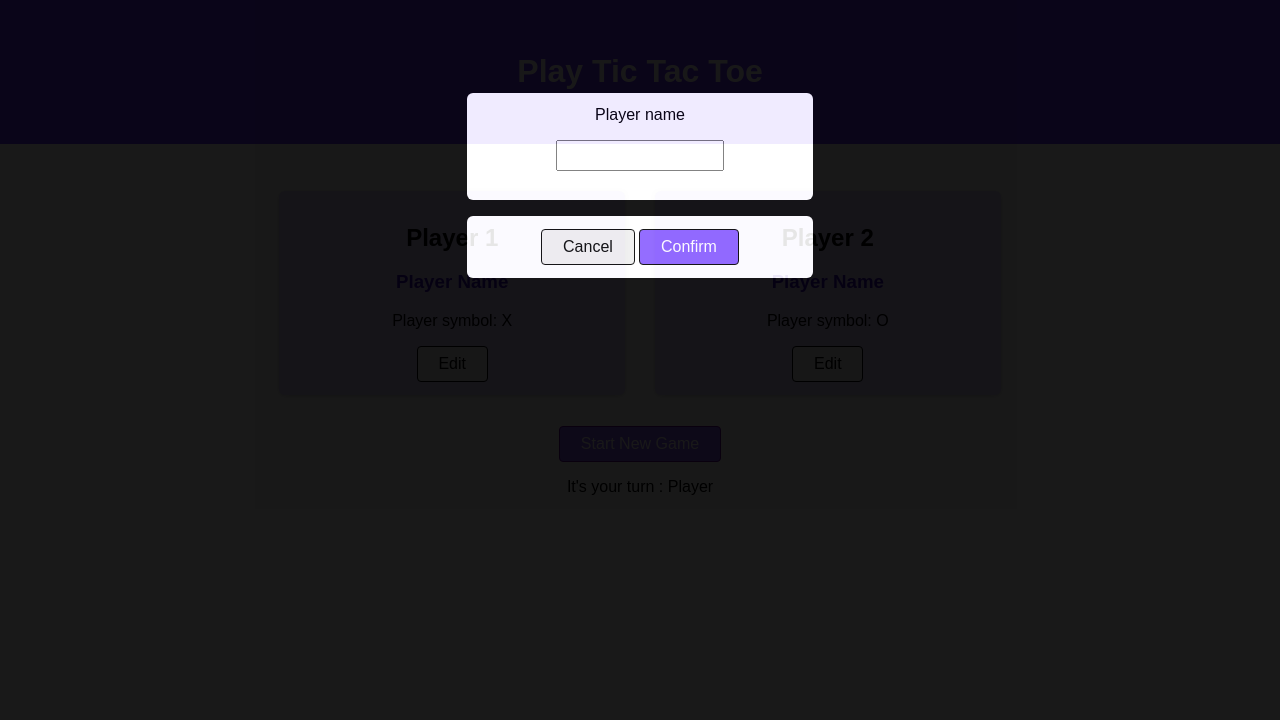
Repository: Harjot00/Wevdev
Page: Tic tac toe/index.html
The author's editor kept a copy of each file at every save. The page is drawn from the files as they stood at one save, then again after the next save.
The browser window is 1280 px wide. The pictures show the whole page.
Some web fonts or font styles are not loaded; a fallback is used.

Above is the page before, as saved 2022-05-21 23:06:24.

### Tic tac toe/index.html
<!DOCTYPE html>
<html lang="en">
<head>
    <meta charset="UTF-8">
    <meta http-equiv="X-UA-Compatible" content="IE=edge">
    <meta name="viewport" content="width=device-width, initial-scale=1.0">
    <link rel="stylesheet" href="styles.css">
    <link href="https://fonts.googleapis.com/css2?family=Roboto:wght@100&family=Send+Flowers&display=swap" rel="stylesheet">
    <title>Tic Tac Toe</title>
    <script src="app.js"></script>

</head>
<body>
    <header>
        <h1>Play Tic Tac Toe</h1>

    </header>
    <main>
        <aside>
            <h2>Choose your name</h2>
            <form >
                <div>
                    <label for = "playername">Player name</label>
                    <input type="text" name="username" id="username"/>

                </div>
                <div >
                    <button id="cancel-btn" class="btn-class"  type="button"> Cancel</button>
                    <button class="btn-class" id="confirm-btn" type="submit">Confirm</button>
                </div>
            </form>
        </aside>

        <div id="gamestyle">
            <ol>
                <li>
                    <h2>Player 1</h2>
                    <h3>Player Name</h3>
                    <p>Player symbol: X</p>
                    <button class="btn-class">Edit</button>
                </li>
                <li>
                    <h2>Player 2</h2>
                    <h3>Player Name</h3>
                    <p>Player symbol: O</p>
                    <button class="btn-class">Edit</button>
                </li>
            </ol>
            <button id="start-btn">Start New Game</button>
        </div>
         <section id="active-game">
             <div id="game-over">
                <h2>You won Player</h2>
                <p>click "Start New Game" above, to start a new game. </p>
             </div>
             <p >It's your turn : Player</p>
             <ol class="game-board">
                 <li></li>
                 <li></li>
                 <li></li>
                 <li></li>
                 <li></li>
                 <li></li>
                 <li></li>
                 <li></li>
                 <li></li>
             </ol>
         </section>
    </main>

</body>
</html>

### Tic tac toe/styles.css
@import url('https://fonts.googleapis.com/css2?family=Roboto:wght@100&family=Send+Flowers&display=swap');
body{
    font-family: 'Montserrat', sans-serif;
    margin: 0;
    padding: 0;
}
header{
    background-color: #6b35ff;
    margin:0 0 2rem 0;
    padding: 2rem 0;
    color:white;
    text-align: center;
}
aside {
    text-align: center;
    width:100%;
    height:100%;
    background-color:black;
    position:absolute;
    top:0;
    left:0;
    opacity: 0.9;

}
aside div{
    text-align: center;
    margin:1rem auto;
    padding:0.8rem;
    background-color:white;
    border-radius: 6px;
    width:25%;
    position:relative;
    top:25px;
}

aside div h2{
    margin:0.7rem 0;
}
aside div input {
    display:block;
    margin:1rem auto;
    height:1.6rem;
    width:50%;
}
.btn-class{
    padding:0.5rem 1.3rem;
    font-size:1rem;
    border:1px solid black;
    border-radius: 4px;
}

#btn-div button:hover{
    background-color: #895eff;
    color:white;
    border-color: #441daf;
    cursor: pointer;
}
#cancel-btn:hover{
    cursor: pointer;
    background-color:#ac8eff;
    color: white;
}
#confirm-btn{
    background-color: #895eff;
    color:white;
}
#confirm-btn:hover{
    cursor: pointer;
    background-color:#6831ff;
    color: white;
}
#gamestyle ol{
    display:flex;
    list-style: none;
    padding:0px;
    justify-content: center;
}
#gamestyle li{
    padding:0.8rem;
    margin: 15px;
    width:25%;
    background-color: #dccfff;
    text-align:center;
    border-radius: 6px;
    box-shadow: rgba(0, 0, 0, 0.2) 0px 1px 4px;

}
#gamestyle li h3{
    color:#3c0cc0;
}
#start-btn{
    padding:0.5rem 1.3rem;
    font-size:1rem;
    border:1px solid rgb(96, 0, 148);
    border-radius: 4px;
    background-color:#895eff;
    color:white;
    margin:0 auto;
    display:block;


}
#start-btn:hover{
    cursor: pointer;
    background-color:#6430f4;
}
#game-over{
    width:45%;
    margin:25px auto;
    background-color:#160052;
    padding:20px 0px;
    color:white;
    display:none;
}
.game-board{
    list-style: none;
    display:grid;
    grid-template-columns: repeat(3,100px);
    grid-template-rows: repeat(3,100px);
    justify-content: center;
    padding:0;
    gap:6px;
    margin:25px 0;
    display: none;
}
.game-board li {
    background-color:#ad8fff;
}
.game-board li:hover{
    background-color:#6c36ff;
}
section{
    text-align: center;
}
@media only screen and (max-width: 600px){
    #gamestyle li{
         width:30%;}
}

Loaded but not shown: Tic tac toe/app.js (no copy from this time; the picture is the same without it)

After the next save:
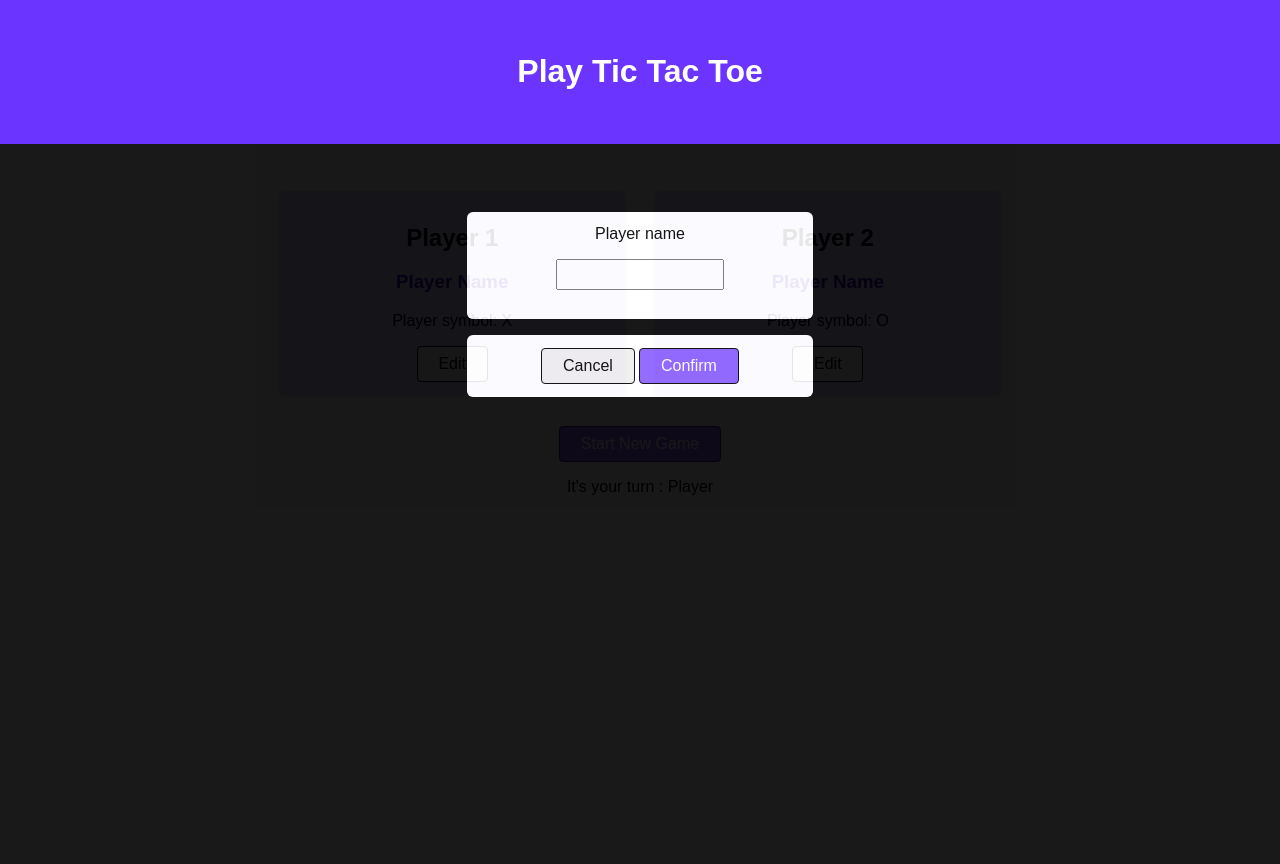
Saved 22 s later.
--- a/Tic tac toe/styles.css
+++ b/Tic tac toe/styles.css
@@ -17,7 +17,7 @@ aside {
     height:100%;
     background-color:black;
     position:absolute;
-    top:0;
+    top:20%;
     left:0;
     opacity: 0.9;
 
@@ -30,7 +30,7 @@ aside div{
     border-radius: 6px;
     width:25%;
     position:relative;
-    top:25px;
+
 }
 
 aside div h2{
